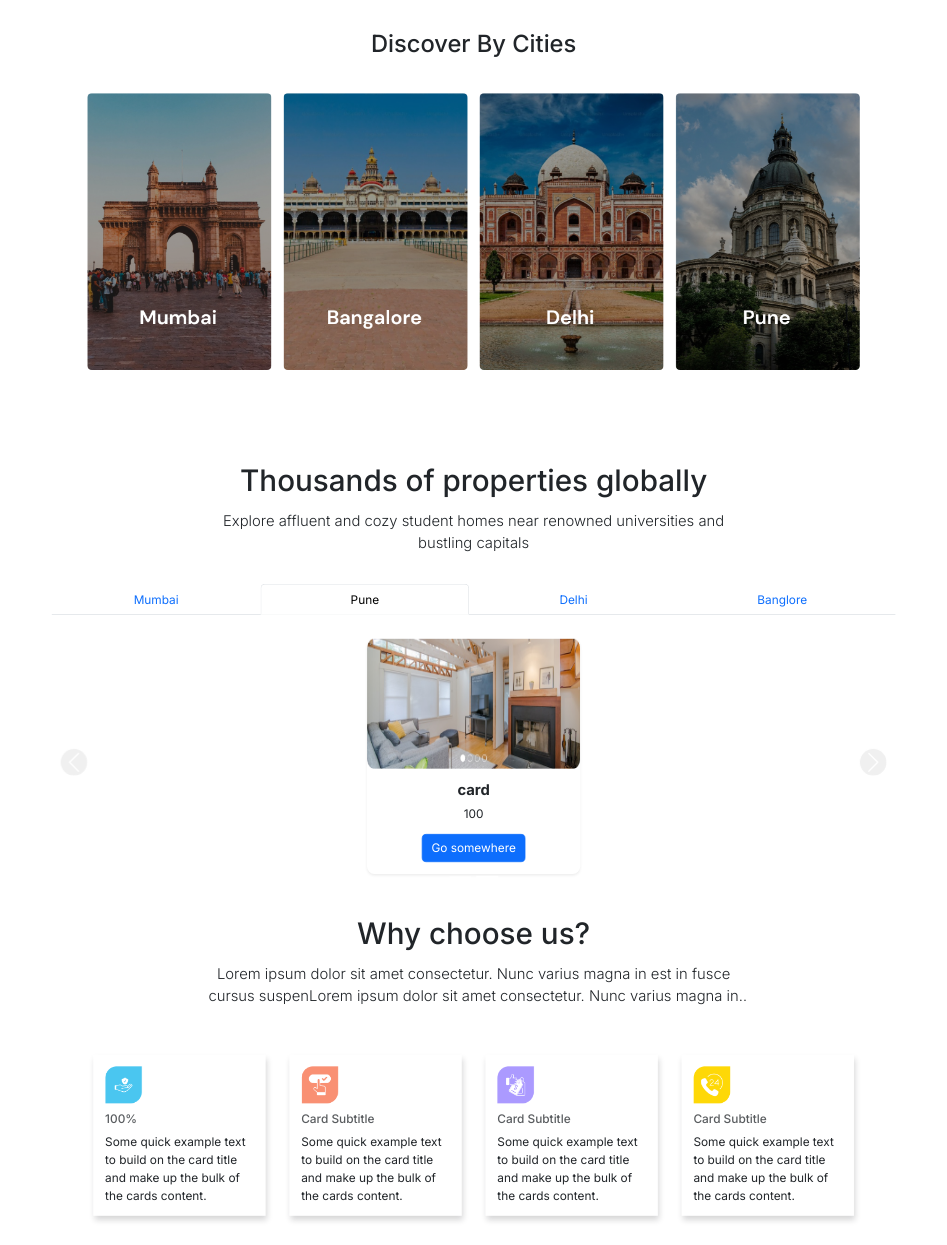
Repository: suyashagrahari/assignment
Page: /
These files come from the project's save history. The page is drawn as it stood at one moment and after the next save; the edit follows.
The browser window is 1280 px wide. The pictures show the whole page, at 74% of full size.
The project was rebuilt for these pictures with package versions that can differ from the ones it lists, and the page was loaded fresh each time. The framework's server and built-in components were replaced by stand-ins that run in the browser. Also part of the build but not shown: next.config.mjs, src/app/page.module.css, src/components/Headline.jsx.

Above is the page before, as saved 2024-03-27 16:25:10.

After the next save:
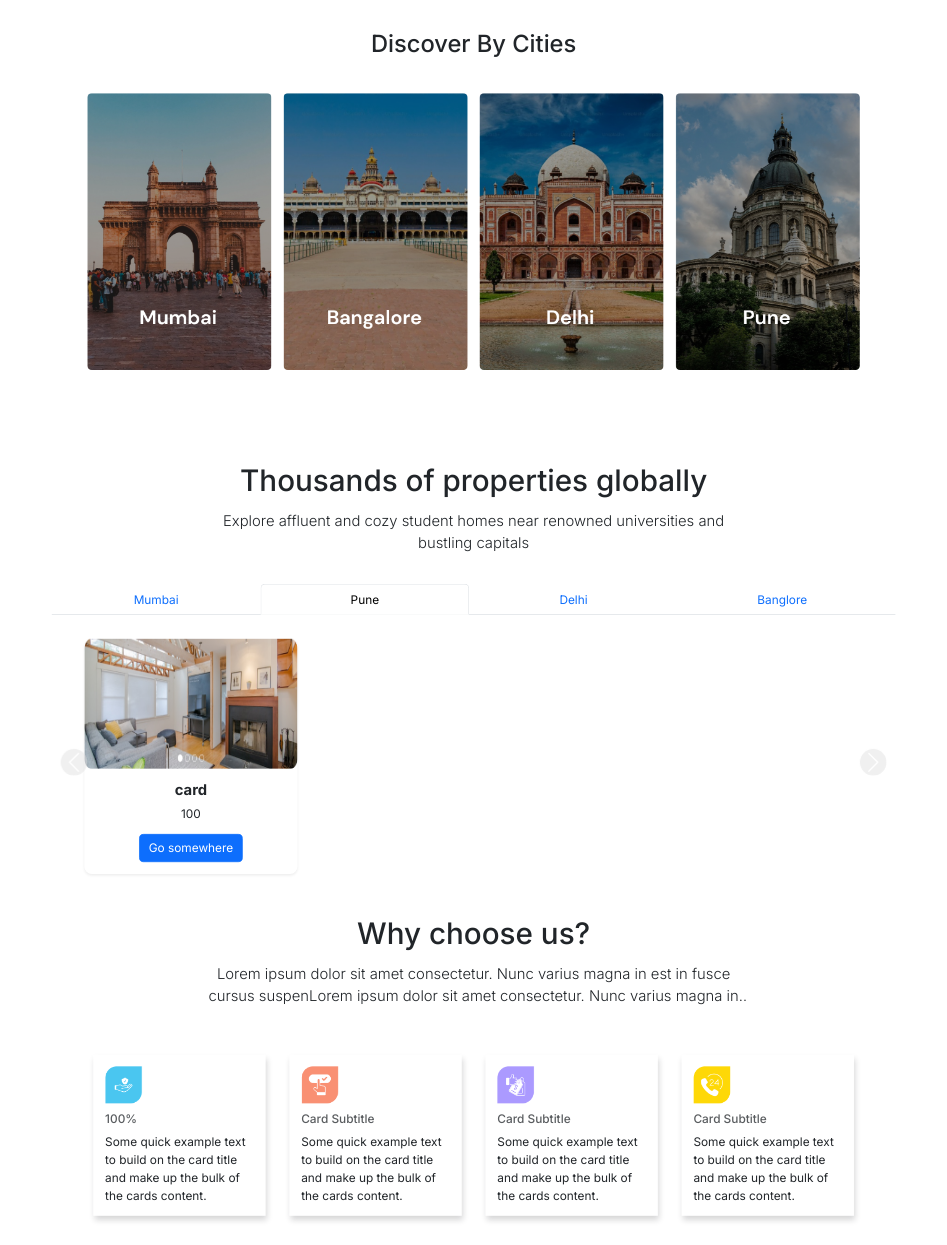
Saved 24 s later.
--- a/src/components/Carousal.jsx
+++ b/src/components/Carousal.jsx
@@ -45,7 +45,7 @@
     <Carousel>
       {recipes.reduce(reduceRecipes, []).map((item, index) => (
         <Carousel.Item key={index}>
-          <div className="d-flex justify-content-center">
+          <div className="d-flex">
             {item.map((item, index) => {
               return (
                 <Card

After the save that followed:
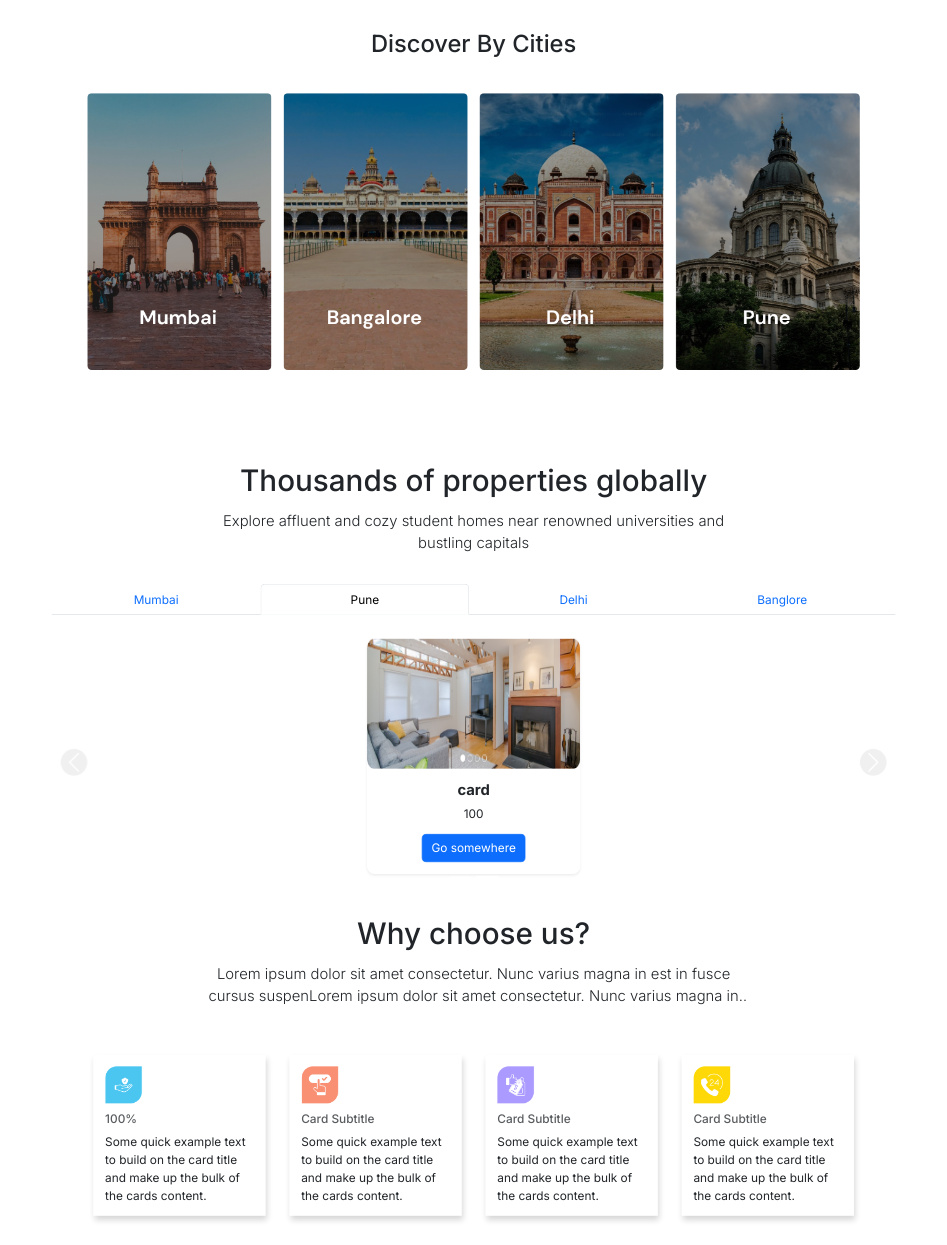
Saved 10 s later.
--- a/src/components/Carousal.jsx
+++ b/src/components/Carousal.jsx
@@ -45,7 +45,7 @@
     <Carousel>
       {recipes.reduce(reduceRecipes, []).map((item, index) => (
         <Carousel.Item key={index}>
-          <div className="d-flex">
+          <div className="d-flex justify-content-center">
             {item.map((item, index) => {
               return (
                 <Card
